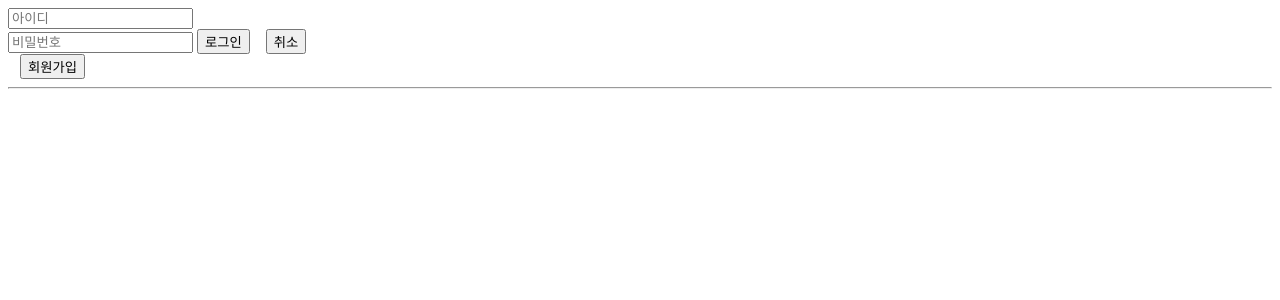
Repository: angwanghyeon/eclipse
Page: http://localhost/sec09/login.do
An editor plug-in stored every save of this project. The page is shown before and after the next save, followed by the edit.
The browser window is 1280 px wide. The pictures show the whole page.
The page is served by Tomcat 9.

Above is the page before, as saved 2023-09-04 03:29:54.

After the next save:
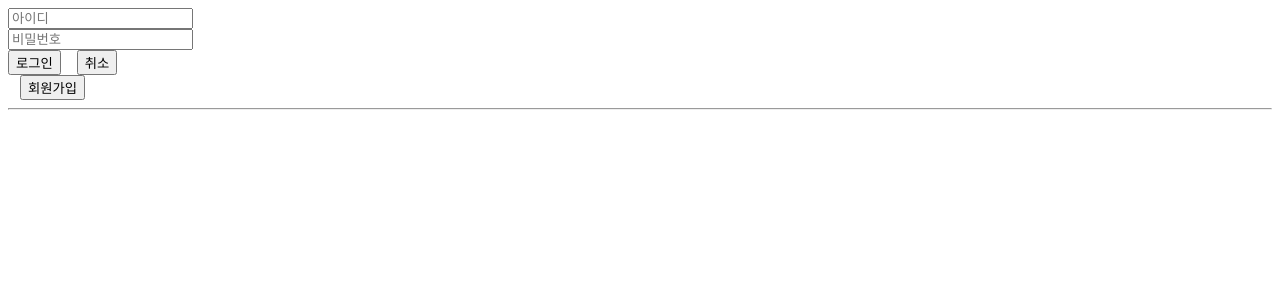
Saved 56 s later.
--- a/sec09/src/main/webapp/member/01_login.jsp
+++ b/sec09/src/main/webapp/member/01_login.jsp
@@ -9,7 +9,7 @@
 <body>
 	<form method="post" action="login.do" name="frm">
 		<input type="text" name="userid" id="userid"placeholder="아이디"><br>
-		<input type="password" name="pwd" id="pwd" placeholder="비밀번호">
+		<input type="password" name="pwd" id="pwd" placeholder="비밀번호"><br>
 		<input type="submit" value="로그인" onclick="return loginCheck()"> &nbsp;&nbsp;
 		<input type="reset" value="취소"><br>&nbsp;&nbsp;
 		<input type="button" value="회원가입" onclick="location.href='join.do'">
